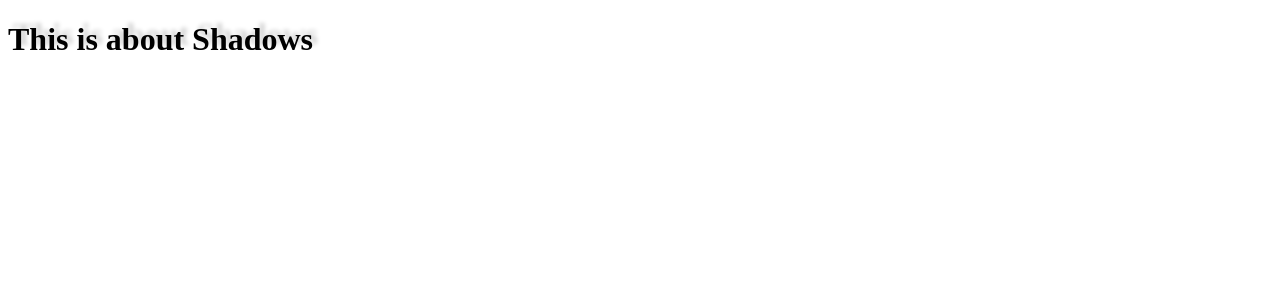
Repository: nottonofclay/csi_waymo
Page: shadows/shadows.html
An editor plug-in stored every save of this project. The page is shown before and after the next save, followed by the edit.
The browser window is 1280 px wide. The pictures show the whole page.

Above is the page before, as saved 2023-07-06 12:01:26.

After the next save:
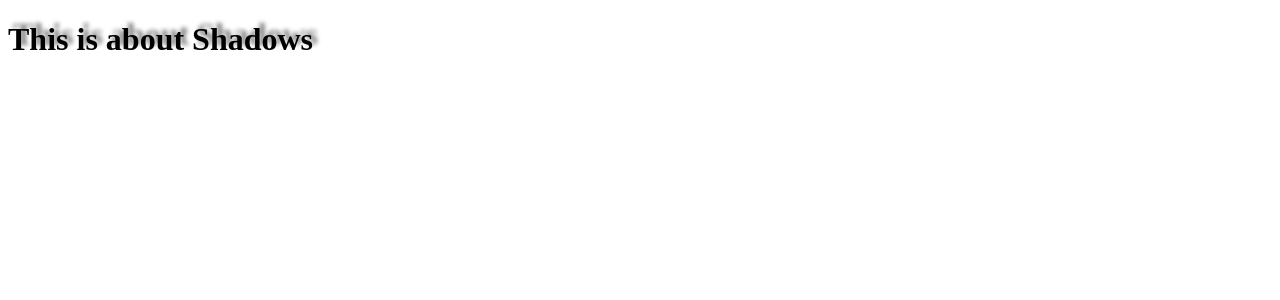
Saved 7 s later.
--- a/shadows/shadows.css
+++ b/shadows/shadows.css
@@ -1,4 +1,4 @@
 /* x-axis || y-axis || spread*/
 h1 {
-    text-shadow: 5px -5px 4px lightgrey;
+    text-shadow: 5px -5px 4px grey;
 }
